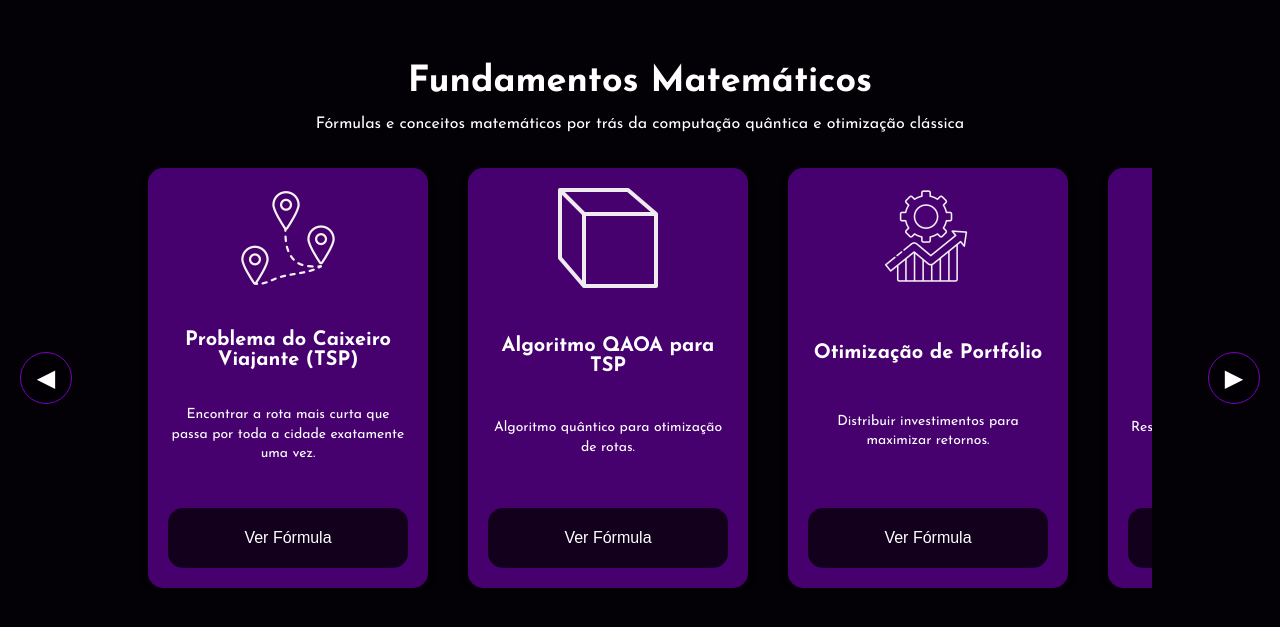
Repository: Everson9/Projeto-de-escalabilidade-quantica-definitivo
Page: Portifolio.html
These files come from the project's save history. The page is drawn as it stood at one moment and after the next save; the edit follows.
The browser window is 1280 px wide. The pictures show the whole page.

Above is the page before, as saved 2025-10-01 10:50:55.
Not found: script.js

After the next save:
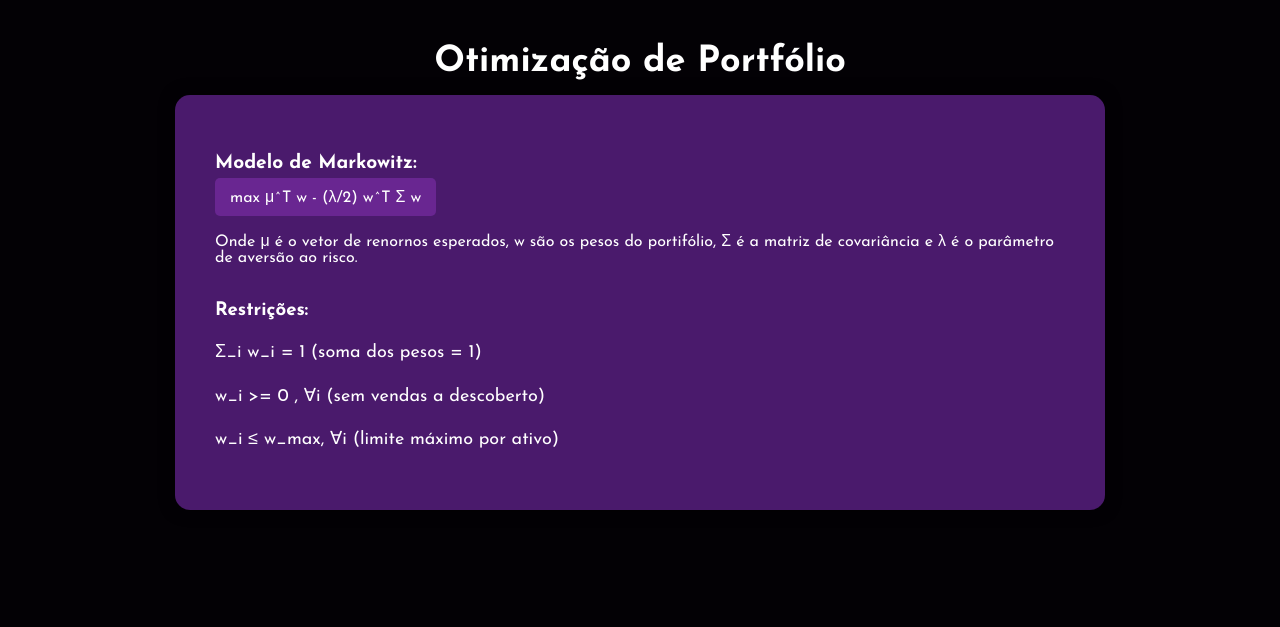
Saved 44 s later.
--- a/Portifolio.html
+++ b/Portifolio.html
@@ -1,64 +1,40 @@
 <!DOCTYPE html>
-<html lang="pt-br">
+<html lang="PT-BR">
 <head>
     <meta charset="UTF-8">
     <meta name="viewport" content="width=device-width, initial-scale=1.0">
-    <title>Fundamentos Matemáticos</title>
-    <link rel="stylesheet" href="fundamentos.css">
-    <link href="https://fonts.googleapis.com/css2?family=Josefin+Sans:wght@400;700&display=swap" rel="stylesheet">
+    <title>Otimização de Portfólio</title>
+     <link rel="stylesheet" href="Portifolio.css">
+     <link href="https://fonts.googleapis.com/css2?family=Josefin+Sans:wght@400;700&display=swap" rel="stylesheet">
+</head>
 </head>
 <body>
 
-    <div class="fundamentos-matematicos">
-        <h1>Fundamentos Matemáticos</h1>
-        <p>Fórmulas e conceitos matemáticos por trás da computação quântica e otimização clássica</p>
+    <h1>Otimização de Portfólio</h1>
+    <div class="objetivo">
+
+
+ <!-- BLOCO 1: Modelo de Markowitz: -->
+        <div class="conteudo">
+            <p class="titulo-bloco">Modelo de Markowitz:</p>
+            <div class="miniquadrado">max μ^T w - (λ/2) w^T Σ w</div>
+            <p class="descricao">Onde  μ é o vetor de renornos esperados, w são os pesos do portifólio,  Σ é a matriz de covariância e λ é o parâmetro de aversão ao risco.  </p>
+        </div>
+
+        <div class="restricoes">
+        <h3>Restrições:</h3>
+        <div class="restricao">
+            <p>Σ_i w_i = 1 (soma dos pesos = 1)</p>
+        </div>
+        <div class="restricao">
+            <p>w_i >= 0 , ∀i (sem vendas a descoberto)</p>
+        </div>
+        <div class="restricao">
+            <p>w_i ≤ w_max, ∀i (limite máximo por ativo)</p>
+        </div>
     </div>
 
-    <!-- Wrapper para o carrossel e as setas -->
-    <div class="carousel-wrapper">
-        <!-- Seta Esquerda -->
-        <div id="prev-btn" class="carousel-btn">&#9664;</div>
-
-        <!-- Container do Carrossel -->
-        <div class="carousel-container">
-            <div class="carousel-track">
-                <!-- Cards Originais (Apenas os 4 originais são necessários, o JS cuidará da clonagem) -->
-                <div class="formula_1">
-                    <img src="imgs_icones/CaixeiroViajante.png" alt="Ícone do Problema do Caixeiro Viajante">
-                    <h4>Problema do Caixeiro Viajante (TSP)</h4>
-                    <p>Encontrar a rota mais curta que passa por toda a cidade exatamente uma vez.</p>
-                    <button class="button"><a href="caixeiroviajante.html">Ver Fórmula</a></button>
-                </div>
-                <div class="formula_1">
-                    <img src="imgs_icones/QAOA.png" alt="Ícone do Algoritmo QAOA">
-                    <h4>Algoritmo QAOA para TSP</h4>
-                    <p>Algoritmo quântico para otimização de rotas.</p>
-                    <button class="button"><a href="AlgoritmoQAOA.html">Ver Fórmula</a></button>
-                </div>
-                <div class="formula_1">
-                    <img src="imgs_icones/OtimizacaoPortfolio.png" alt="Ícone de Otimização de Portfólio">
-                    <h4>Otimização de Portfólio</h4>
-                    <p>Distribuir investimentos para maximizar retornos.</p>
-                    <button class="button"><a href="Portifolio.html">Ver Fórmula</a></button>
-                </div>
-                <div class="formula_1">
-                    <img src="imgs_icones/ComplexidadeComputacional.png" alt="Ícone de Complexidade Computacional">
-                    <h4>Complexidade Computacional</h4>
-                    <p>Resolver problemas que crescem com muitos elementos.</p>
-                    <button class="button"><a href="Complexidade.html">Ver Fórmula</a></button>
-                </div>
-            </div>
-        </div>
-
-        <!-- Seta Direita -->
-        <div id="next-btn" class="carousel-btn">&#9654;</div>
     </div>
-
-    <!-- NOVO: Container para os indicadores (pontos) -->
-    <div class="carousel-indicators"></div>
-
-    <!-- Adicionando o arquivo JavaScript -->
-    <script src="script.js"></script>
 
 </body>
 </html>
